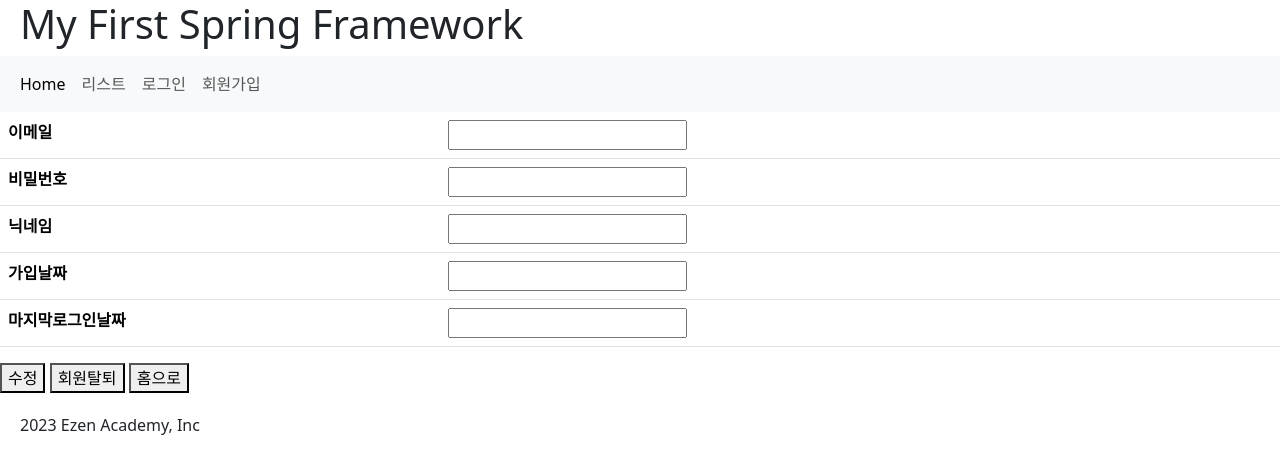
Repository: HongSeungBo/newspring
Page: http://localhost/springProject/WEB-INF/views/member/modify.jsp
The author's editor kept a copy of each file at every save. The page is drawn from the files as they stood at one save, then again after a run of saves.
The browser window is 1280 px wide. The pictures show the whole page.
The page is served by Tomcat 9. Nobody is signed in. Other server files are loaded and not shown. The template is opened directly, without the code that normally fills it, so the values that code supplies are empty.

Above is the page before, as saved 2023-10-31 07:29:53.
Console error: SyntaxError: Unexpected identifier 'eventDefault'

### springProject/src/main/webapp/WEB-INF/views/member/modify.jsp
<%@ page language="java" contentType="text/html; charset=UTF-8"
    pageEncoding="UTF-8"%>
    <%@ taglib prefix="c" uri="http://java.sun.com/jsp/jstl/core" %>
<!DOCTYPE html>
<html>
<head>
<meta charset="UTF-8">
<title>Insert title here</title>
</head>
<body>
<jsp:include page="../common/header.jsp"></jsp:include>
<jsp:include page="../common/nav.jsp"></jsp:include>
<form action="/member/modify" method="post">
<c:set value="${my }" var="my"></c:set>
	<table class="table">
		<tr>
			<th>이메일</th>
			<td>
				<input type="text" name="email" value="${my.email }" readonly="readonly">
			</td>
		</tr>
		<tr>
			<th>비밀번호</th>
			<td>
				<input type="password" name="pwd" value="${my.pwd }">
			</td>
		</tr>
		<tr>
			<th>닉네임</th>
			<td>
				<input type="text" name="nickName" value="${my.nickName }">
			</td>
		</tr>
		<tr>
			<th>가입날짜</th>
			<td>
				<input type="text" name="ragAt" value="${my.regAt }" readonly="readonly">
			</td>
		</tr>
		<tr>
			<th>마지막로그인날짜</th>
			<td>
				<input type="text" name="lastLogin" value="${my.lastLogin }" readonly="readonly">
			</td>
		</tr>
	</table>
	<button type="submit">수정</button>
	<a href="#"><button type="button">회원탈퇴</button></a>
	<a href="/"><button type="button">홈으로</button></a>
</form>
<jsp:include page="../common/footer.jsp"></jsp:include>
<script type="text/javascript">

</script>
</body>
</html>

### springProject/src/main/webapp/WEB-INF/views/common/header.jsp
<%@ page language="java" contentType="text/html; charset=UTF-8"
    pageEncoding="UTF-8"%>
    <%@ taglib prefix="c" uri="http://java.sun.com/jsp/jstl/core" %>
<!DOCTYPE html>
<html>
<head>
<style type="text/css">
h1{
	margin: 20px;
}
</style>
<meta charset="UTF-8">
<title>Insert title here</title>
<link href="https://cdn.jsdelivr.net/npm/bootstrap@5.3.1/dist/css/bootstrap.min.css" rel="stylesheet" integrity="sha384-4bw+/aepP/YC94hEpVNVgiZdgIC5+VKNBQNGCHeKRQN+PtmoHDEXuppvnDJzQIu9" crossorigin="anonymous">
<script src="https://cdn.jsdelivr.net/npm/bootstrap@5.3.1/dist/js/bootstrap.bundle.min.js" integrity="sha384-HwwvtgBNo3bZJJLYd8oVXjrBZt8cqVSpeBNS5n7C8IVInixGAoxmnlMuBnhbgrkm" crossorigin="anonymous"></script>
</head>
<body>
	<h1>My First Spring Framework</h1>
</body>
</html>

### springProject/src/main/webapp/WEB-INF/views/common/nav.jsp
<%@ page language="java" contentType="text/html; charset=UTF-8"
	pageEncoding="UTF-8"%>
	<%@ taglib prefix="c" uri="http://java.sun.com/jsp/jstl/core" %>
	<%@ taglib prefix="sec"  uri="http://www.springframework.org/security/tags" %>
<!DOCTYPE html>
<html>
<head>
<meta charset="UTF-8">
<title>Insert title here</title>
</head>
<body>
	<header>
		<nav class="navbar navbar-expand-lg bg-body-tertiary">
  <div class="container-fluid">
    <div class="collapse navbar-collapse" id="navbarSupportedContent">
      <ul class="navbar-nav me-auto mb-2 mb-lg-0">
        <li class="nav-item">
          <a class="nav-link active" aria-current="page" href="/">Home</a>
        </li>
        <li class="nav-item">
          <a class="nav-link" href="/board/list">리스트</a>
        </li>
        <sec:authorize access="isAuthenticated()">
        	<!-- 사용자 정보는 principal -->
        	<sec:authentication property="principal.mvo.email" var="authEmail"/>
        	<sec:authentication property="principal.mvo.nickName" var="authNick"/>
        	<sec:authentication property="principal.mvo.authList" var="auths"/>

        	<c:choose>
        		<c:when test="${auths.stream().anyMatch(authVO -> authVO.auth.equals('ROLE_ADMIN')).get() }">
        			<li class="nav-item">
        				<a class="nav-link" href="/member/list">ADMIN > ${authEmail }</a>
        			</li>
        		</c:when>
        		<c:otherwise>
        			<li class="nav-item">
        				<a class="nav-link" href="/member/detail?email=${authEmail }">${authNick }</a>
        			</li>
        		</c:otherwise>
        	</c:choose>
			<li class="nav-item">
			   <a class="nav-link" href="/board/register">글쓰기</a>
			</li>

	    	<li class="nav-item">
	    	    <a class="nav-link" href="/member/logout" id="logoutLink">로그아웃</a>
		    </li>
	    	<li class="nav-item">
	    	    <a class="nav-link" href="/member/modify?email=${authEmail }" id="memmodify">회원정보 수정</a>
		    </li>
	        <form action="/member/logout" method="post" id="logoutForm">
	    	    <input type="hidden" name="email" value="${authEmail }">
	        </form>
        </sec:authorize>

	    <sec:authorize access="isAnonymous()">
	        <li class="nav-item">
	          <a class="nav-link" href="/member/login">로그인</a>
	        </li>
	        <li class="nav-item">
	          <a class="nav-link" href="/member/register">회원가입</a>
	        </li>
	    </sec:authorize>
      </ul>
    </div>
  </div>
</nav>
	</header>
<script type="text/javascript">
document.getElementById('logoutLink').addEventListener('click',function(e){
	e.pr	eventDefault();
	document.getElementById('logoutForm').submit();
})
</script>
</body>
</html>

### springProject/src/main/webapp/WEB-INF/views/common/footer.jsp
<%@ page language="java" contentType="text/html; charset=UTF-8"
    pageEncoding="UTF-8"%>
    <%@ taglib prefix="c" uri="http://java.sun.com/jsp/jstl/core" %>
<!DOCTYPE html>
<html>
<head>
<style type="text/css">
p{
	margin: 20px;
}
</style>
<meta charset="UTF-8">
<title>Insert title here</title>
</head>
<body>
<div>
	<p>2023 Ezen Academy, Inc</p>
</div>
</body>
</html>

After the next 2 saves:
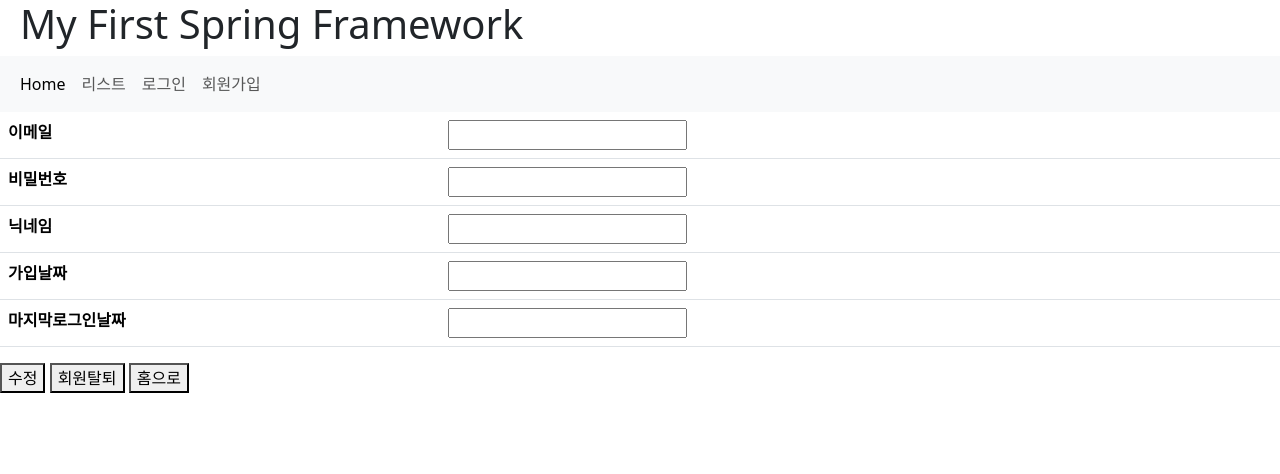
The 2 saves are shown as one change because they came seconds apart.
The last was saved 15 s later.
--- a/springProject/src/main/webapp/WEB-INF/views/member/modify.jsp
+++ b/springProject/src/main/webapp/WEB-INF/views/member/modify.jsp
@@ -48,9 +48,5 @@
 	<a href="#"><button type="button">회원탈퇴</button></a>
 	<a href="/"><button type="button">홈으로</button></a>
 </form>
-<jsp:include page="../common/footer.jsp"></jsp:include>
-<script type="text/javascript">
-
-</script>
 </body>
 </html>
